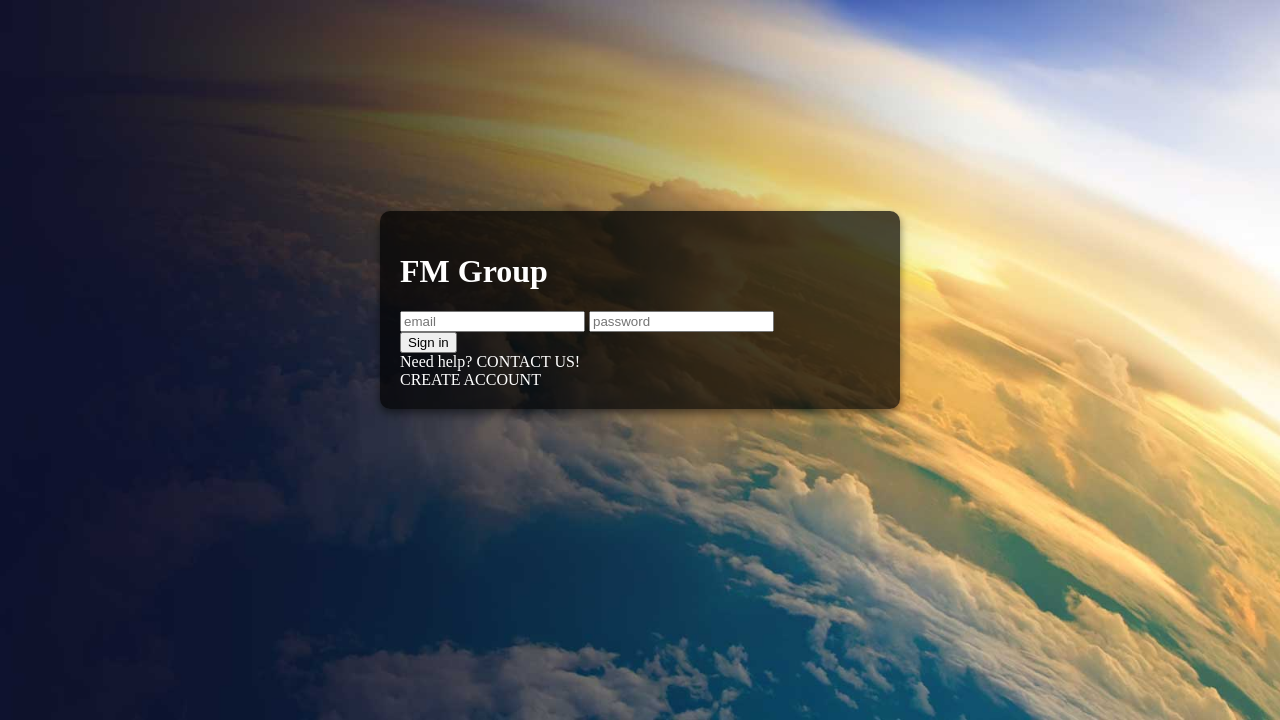
Repository: leeboseok/proposal-board
Page: http://localhost/ProposalSys/signin.jsp
These files come from the project's save history. The page is drawn as it stood at one moment and after the next save; the edit follows.
The browser window is 1280 px wide. The pictures show the whole page.
The page is served by Tomcat 9. Other server files are loaded and not shown.

Above is the page before, as saved 2024-07-31 16:18:01.

### ProposalSys/src/main/webapp/signin.jsp
<%@ page language="java" contentType="text/html; charset=utf-8"
    pageEncoding="utf-8"%>
<%@ page import="java.sql.*" %>
<!DOCTYPE html>
<html>
	<head>
		<meta charset="utf-8">
		<title>Login</title>
		<link rel="stylesheet" href="css/signin.css">
		<style>

		</style>
	</head>
	<body>
		<div id="wrap">
			<div><h1>FM Group</h1></div>
			<form method="post" action="signinprogress.jsp">
				<div class="idpw">
					<input type="email" name="userEmail" required placeholder="email">
				     <input type="password" name="userPassword" required placeholder="password">
				</div>
				<div class="div_btn">
					<input type="submit" class="loginButton" id="submit" value="Sign in">
				</div>
			</form>
			<div class="div_a"><a href = "admincontact.jsp">Need help? CONTACT US!</a></div>
			<div class="div_a"><a href = "signup.jsp">CREATE ACCOUNT</a></div>
		</div>
	</body>
</html>

### ProposalSys/src/main/webapp/css/signin.css
@charset "UTF-8";

html, body {
    height: 100%; /* Ensure the full height of the viewport is used */
    margin: 0;    /* Remove default margin */
}

html {
    background-image: url('../images/hero-earth.jpg');
    background-size: cover;
    background-position: center;
    background-repeat: no-repeat;
}

body {
    display: flex;
    justify-content: center; /* Center horizontally */
    align-items: center;     /* Center vertically */
}
h1{
	color:white;
}
#wrap {
    width: 480px; /* Adjust width as needed */
    padding: 20px; /* Optional: add padding inside the wrap */
    background-color: rgba(0, 0, 0, 0.7); /* Optional: background color for better visibility */
    border-radius: 10px; /* Optional: rounded corners */
    box-shadow: 0 4px 8px rgba(0, 0, 0, 0.5); /* Optional: shadow for better visual appeal */
    transform: translateY(-50px) /* Adjust this value to move the form upwards */
}
.idpw{

}
a{
	text-decoration:none;
	color:white;
}
a:hover{
	color:gray;
}

After the next save:
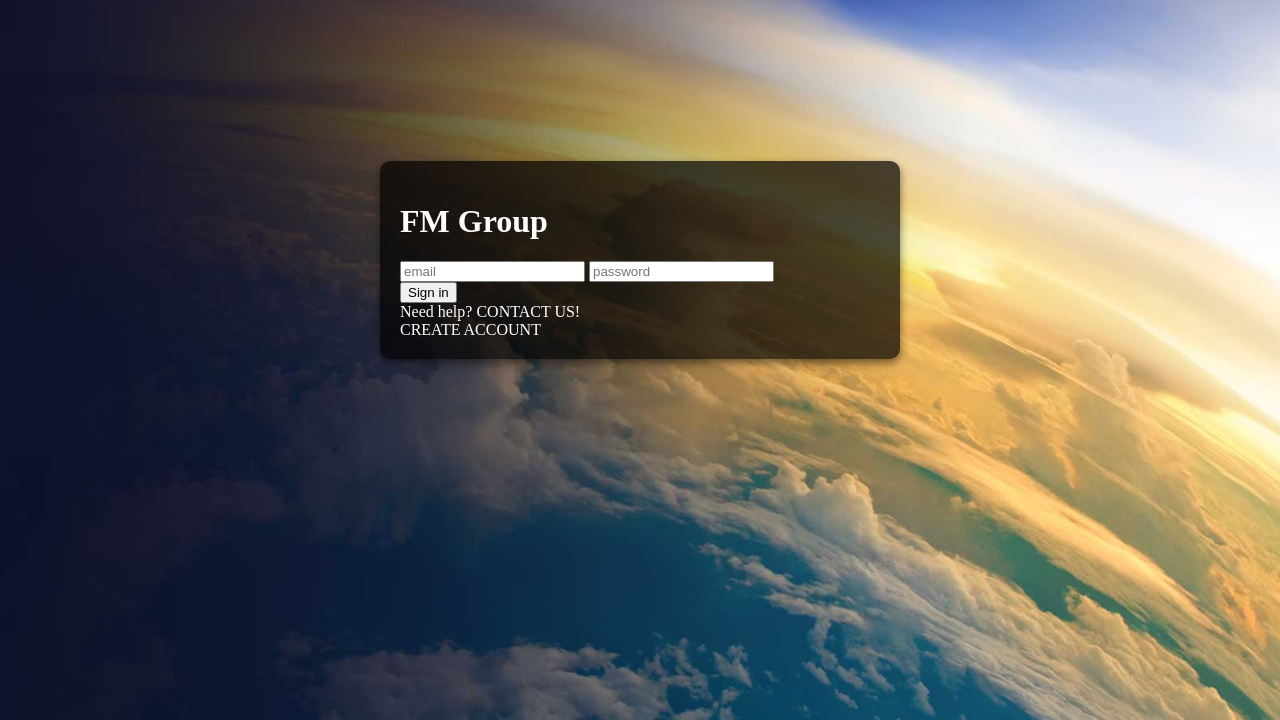
Saved 27 s later.
--- a/ProposalSys/src/main/webapp/css/signin.css
+++ b/ProposalSys/src/main/webapp/css/signin.css
@@ -26,7 +26,7 @@
     background-color: rgba(0, 0, 0, 0.7); /* Optional: background color for better visibility */
     border-radius: 10px; /* Optional: rounded corners */
     box-shadow: 0 4px 8px rgba(0, 0, 0, 0.5); /* Optional: shadow for better visual appeal */
-    transform: translateY(-50px) /* Adjust this value to move the form upwards */
+    transform: translateY(-100px) /* Adjust this value to move the form upwards */
 }
 .idpw{
 
